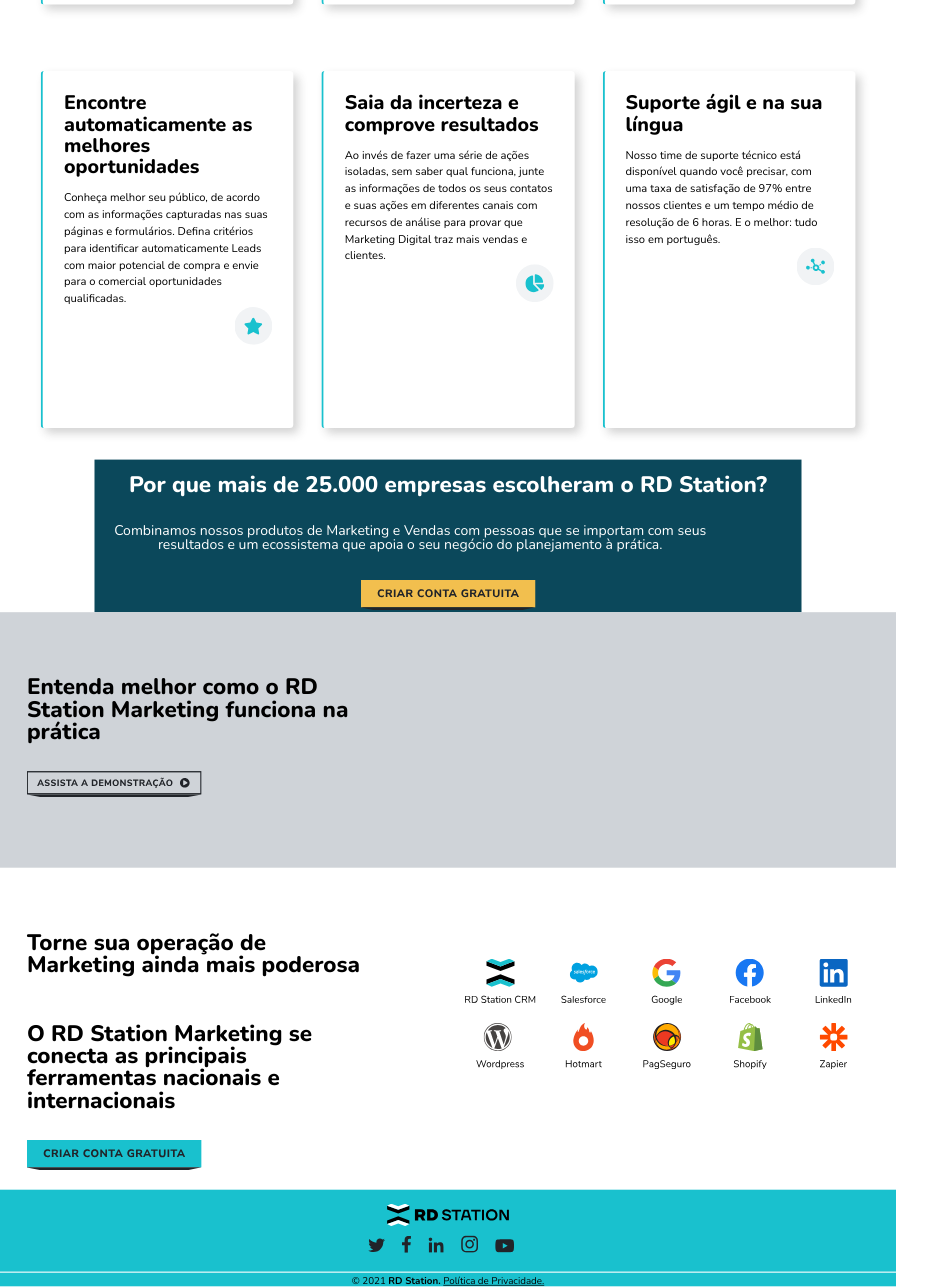
Repository: LarisseLima/rd
Page: index.html
These files come from the project's save history. The page is drawn as it stood at one moment and after the next save; the edit follows.
The browser window is 1280 px wide. The page is 1356 px wide, so the pictures cover 1356 px, including what lies to the right of the window. The pictures show the part of the page from y = 2971 to 4811 px (the page is 4811 px tall before and 4697 px after), at 70% of full size.
Pictures or frames that could not be fetched are drawn as grey boxes.

Above is the page before, as saved 2021-07-27 14:14:40.

After the next save:
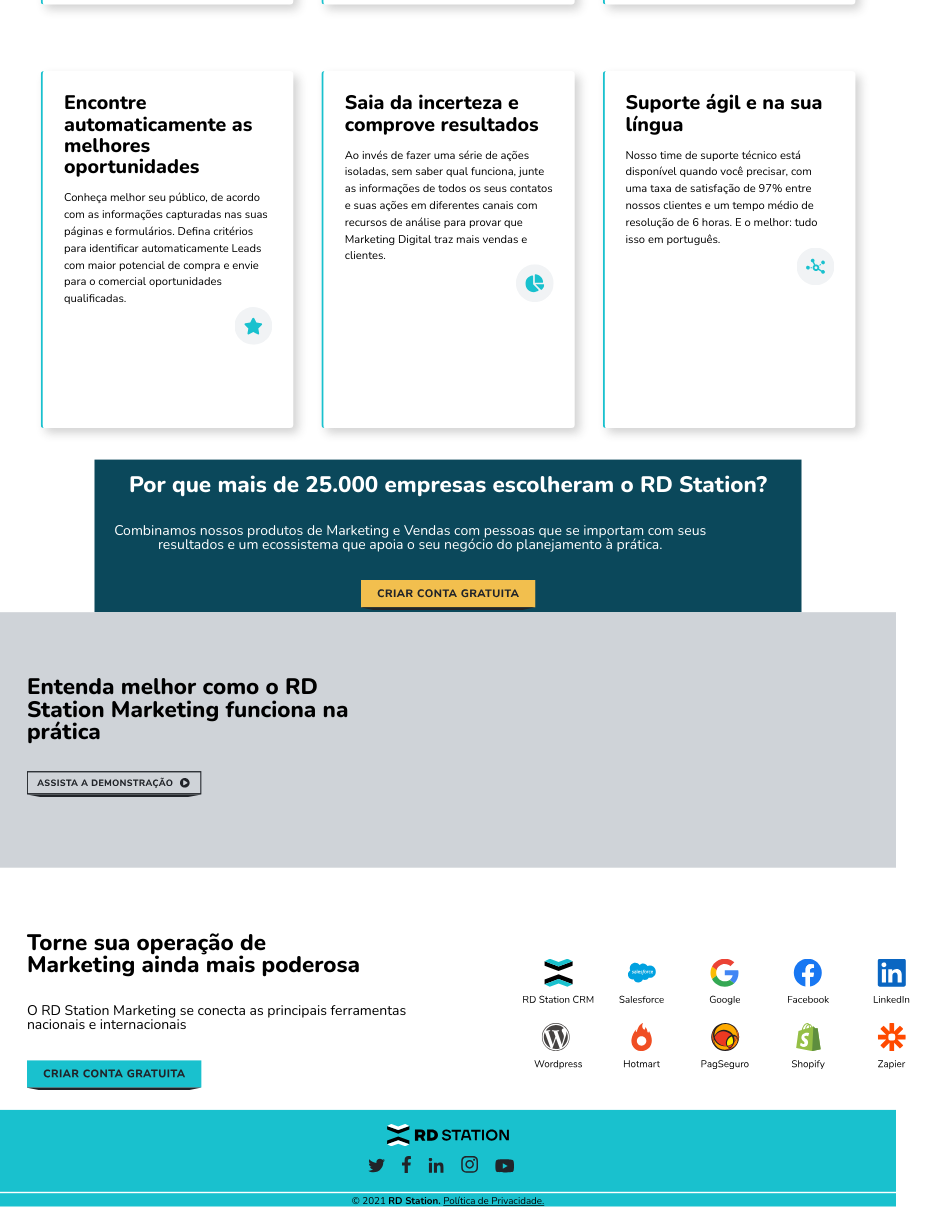
Saved 3 s later.
--- a/index.html
+++ b/index.html
@@ -273,7 +273,7 @@
             <h2 class="section_logos_title">
               Torne sua operação de Marketing ainda mais poderosa
             </h2>
-            <p class="section_logos_title">
+            <p class="section_logos_paragraph">
               O RD Station Marketing se conecta as principais ferramentas nacionais e internacionais
             </p>
             <div class="section_logos_button">
